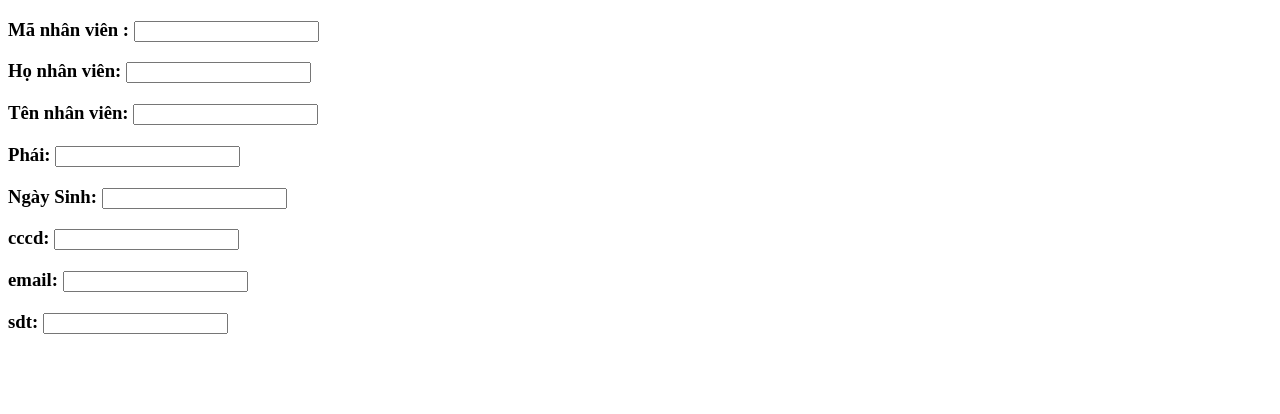
Repository: QuanghuyK1/CNPM
Page: http://localhost/CNPM/WEB-INF/views/admin/info.jsp
The author's editor kept a copy of each file at every save. The page is drawn from the files as they stood at one save, then again after the next save.
The browser window is 1280 px wide. The pictures show the whole page.
The page is served by Tomcat 9. Nobody is signed in. Other server files are loaded and not shown. The template is opened directly, without the code that normally fills it, so the values that code supplies are empty.

Above is the page before, as saved 2022-04-21 14:17:25.

### CNPM-main/WebXeKhach/CNPM/src/main/webapp/WEB-INF/views/admin/info.jsp
<%@ page language="java" contentType="text/html; charset=utf-8"
	pageEncoding="utf-8"%>
<%@ taglib uri="http://java.sun.com/jsp/jstl/core" prefix="c"%>
<%@taglib uri="http://www.springframework.org/tags/form" prefix="form"%>
<!DOCTYPE html>
<html>
<head>
<meta charset="utf-8">
<title>Insert title here</title>
</head>
<body>
	<form:form modelAttribute = "newnv">
		<h3>
			Mã nhân viên : <input path = "maNV" value = "${nv.maNV }">
		</h3>
		<h3>Họ nhân viên: <input path = "hoNV" value = "${nv.hoNV }"></h3>
		<h3>Tên nhân viên: <input path = "tenNV" value = "${nv.tenNV }"></h3>
		<h3>Phái:
				<input path = "phai" value = "${nv.phai }">

		</h3>
		<h3>Ngày Sinh:
			<input type="text" path = "ngaySinh" value = "${date }">
		</h3>
		<h3>cccd: <input path = "cccd" value = "${nv.cccd }"></h3>
		<h3>email: <input path = "email" value = "${nv.email }"></h3>
		<h3>sdt: <input path = "sdt" value = "${nv.sdt }"></h3>
	</form:form>
</body>
</html>

After the next save:
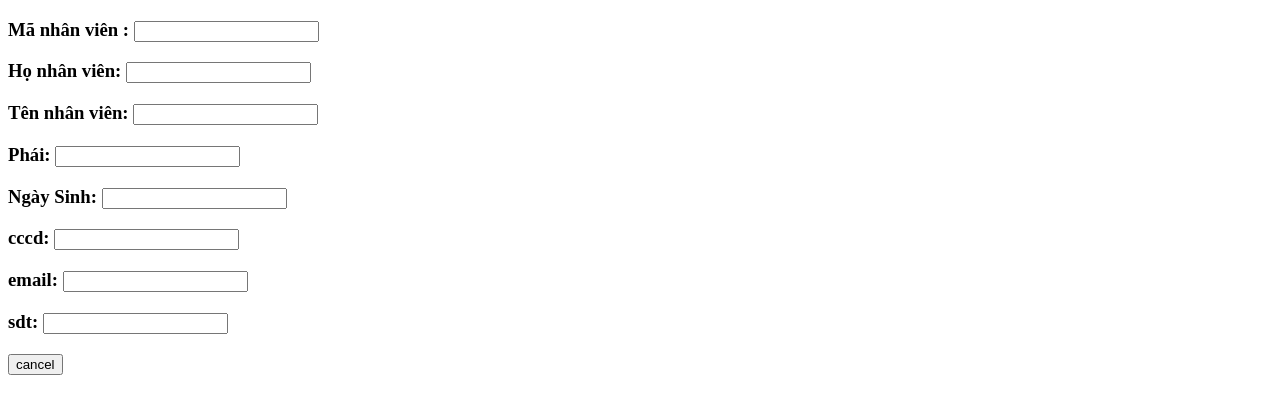
Saved 9 min 4 s later.
--- a/CNPM-main/WebXeKhach/CNPM/src/main/webapp/WEB-INF/views/admin/info.jsp
+++ b/CNPM-main/WebXeKhach/CNPM/src/main/webapp/WEB-INF/views/admin/info.jsp
@@ -25,6 +25,9 @@
 		<h3>cccd: <input path = "cccd" value = "${nv.cccd }"></h3>
 		<h3>email: <input path = "email" value = "${nv.email }"></h3>
 		<h3>sdt: <input path = "sdt" value = "${nv.sdt }"></h3>
+		<h3>
+			<a href = "/admin/danhsach.htm"><button>cancel</button></a>
+		</h3>
 	</form:form>
 </body>
 </html>
